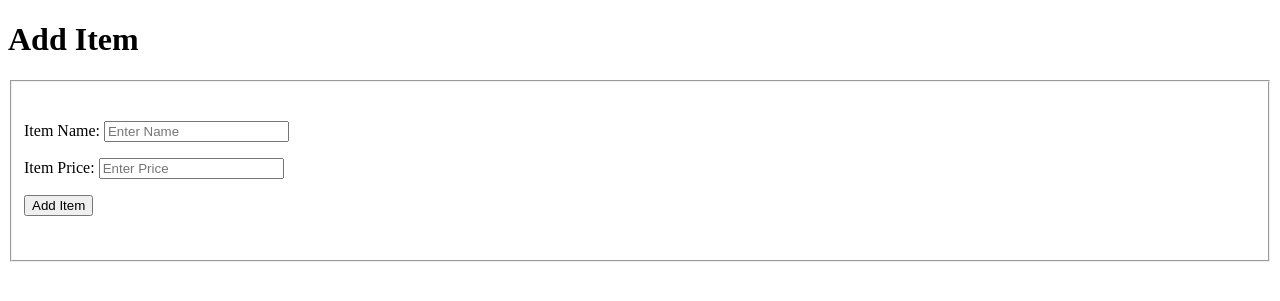
Repository: Fall2016-ECSE321/grubbr
Page: http://localhost/
These files come from the project's save history. The page is drawn as it stood at one moment and after the next save; the edit follows.
The browser window is 1280 px wide. The pictures show the whole page.
The page is run by PHP 8.4 with error messages shown; the project is at /var/www/html/.

Above is the page before, as saved 2016-10-17 21:37:59.

After the next save:
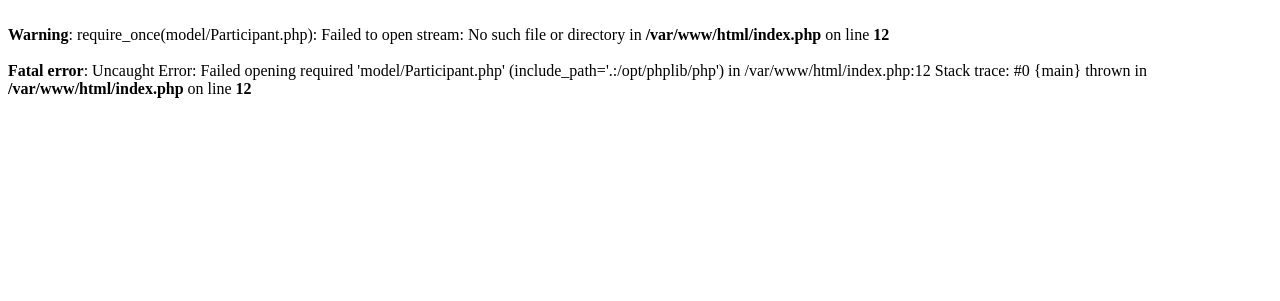
Saved 91 s later.
--- a/web-workspace/FoodTruck/index.php
+++ b/web-workspace/FoodTruck/index.php
@@ -8,43 +8,14 @@
 		</style>
 	</head>
 	<body>
-		<!--?php
+		<?php
 			require_once "model/Participant.php";
 			require_once "model/Registration.php";
 			require_once "model/RegistrationManager.php";
 			require_once "model/Event.php";
 			require_once "persistence/PersistenceEventRegistration.php";
 			session_start();
-
-			//Retreive data from the model
-			$pm = new PersistenceEventRegistration();
-			$rm = $pm->loadDataFromStore();
-
-			echo "<h1>Register</h1>";
-			echo "<form action='register.php' method='post'>";
-			echo "<fieldset>";
-			echo "<p>Name? <select name='participantspinner'>";
-			foreach ($rm->getParticipants() as $participant){
-				echo "<option>" . $participant->getName() . "</option>";
-			}
-			echo "</select><span class='error'>";
-			if (isset($_SESSION['errorRegisterParticipant']) && !empty($_SESSION['errorRegisterParticipant'])){
-				echo " * " . $_SESSION["errorRegisterParticipant"];
-			}
-			echo "</span></p>";
-			echo "<p>Event? <select name='eventspinner'>";
-			foreach ($rm->getEvents() as $event){
-				echo "<option>" . $event->getName() . "</option>";
-			}
-			echo "</select><span class='error'>";
-			if (isset($_SESSION['errorRegisterEvent']) && !empty($_SESSION['errorRegisterEvent'])){
-				echo " * " . $_SESSION["errorRegisterEvent"];
-			}
-			echo "</span></p>";
-			echo "<p><input type='submit' value='Register'/></p>";
-			echo "</fieldset>";
-			echo "</form>";
-		?-->
+		?>
 		<h1> Add Item </h1>
 		<form action = "additem.php" method="post">
 			<fieldset>
